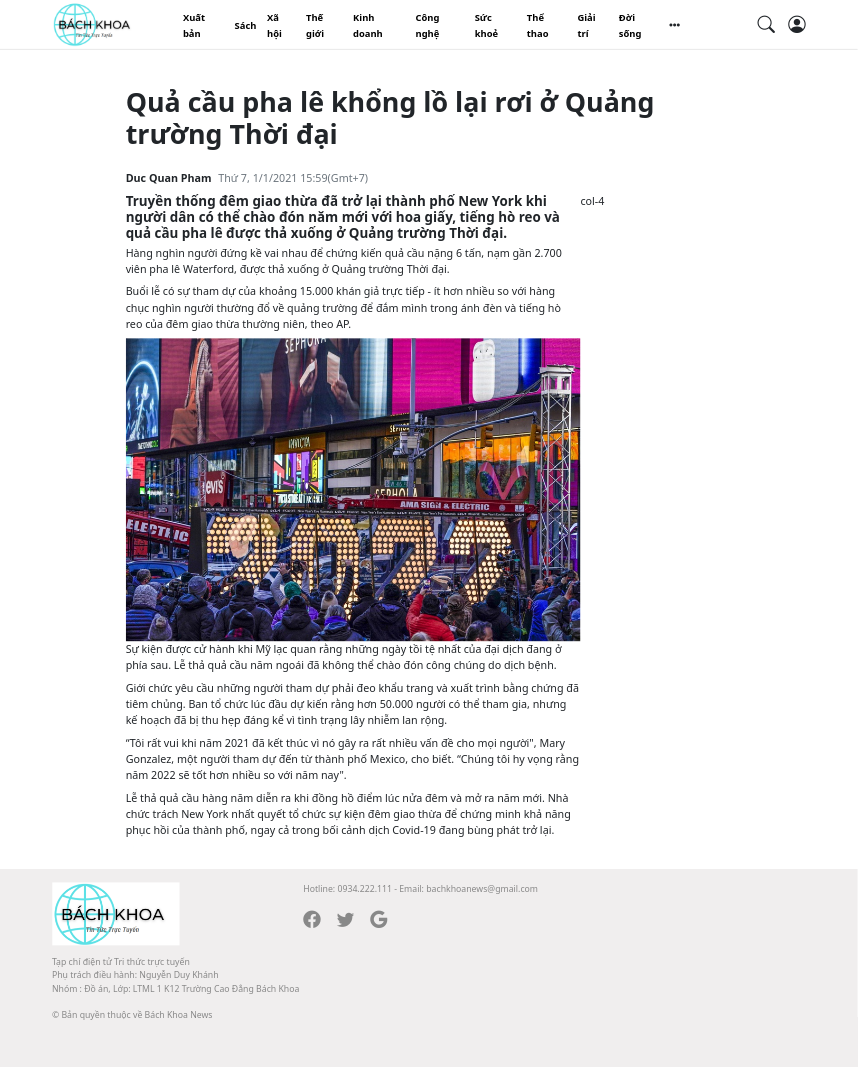
Repository: khanh2324/Java_Web
Page: WebContent/home-new/index.html
The author's editor kept a copy of each file at every save. The page is drawn from the files as they stood at one save, then again after the next save.
The browser window is 1280 px wide. The pictures show the whole page, at 67% of full size.
Pictures or frames that could not be fetched are drawn as grey boxes. Some web libraries are served in a nearby version.

Above is the page before, as saved 2022-01-01 16:22:51.

After the next save:
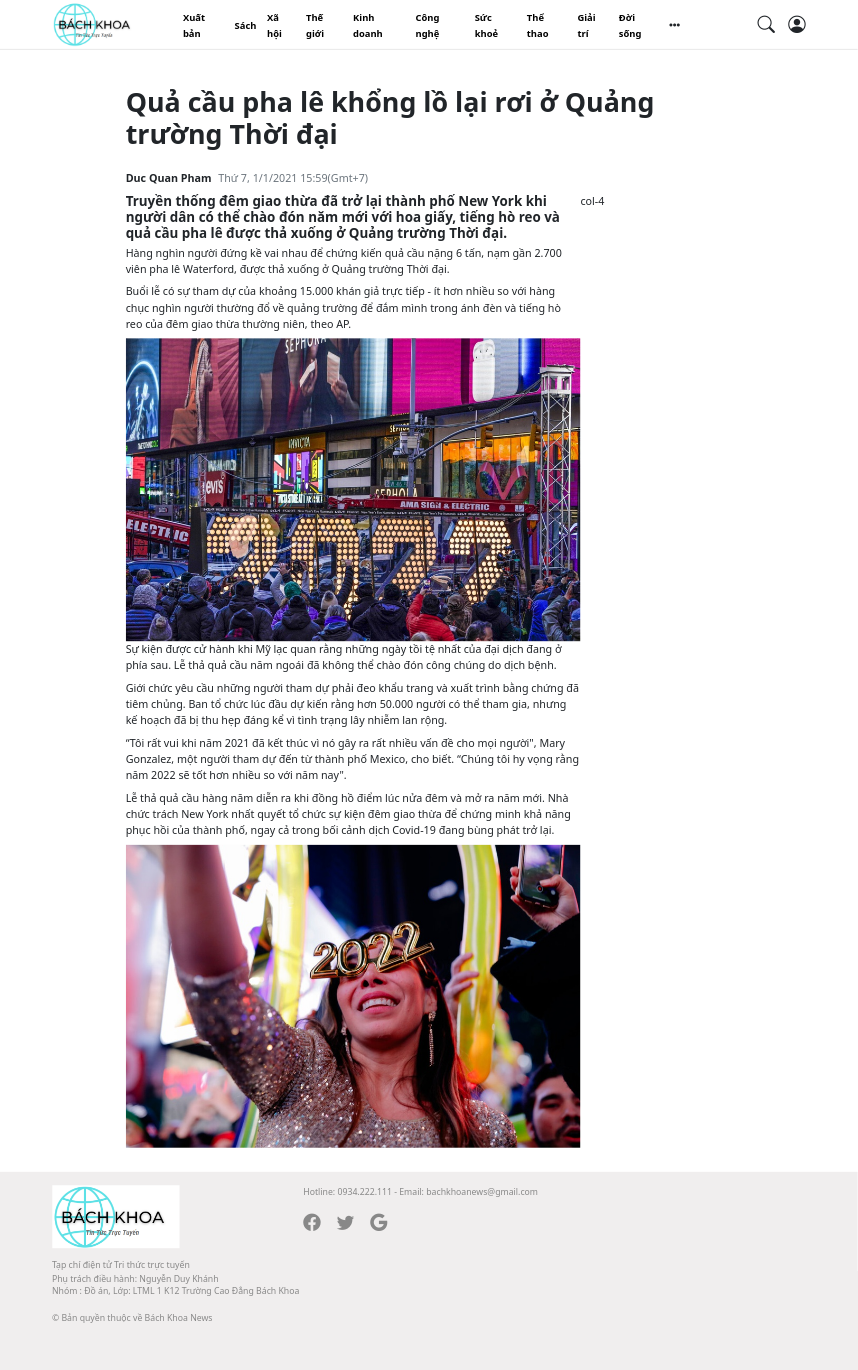
Saved 37 s later.
--- a/WebContent/home-new/index.html
+++ b/WebContent/home-new/index.html
@@ -427,6 +427,9 @@
                                 <p>“Tôi rất vui khi năm 2021 đã kết thúc vì nó gây ra rất nhiều vấn đề cho mọi người", Mary Gonzalez, một người tham dự đến từ thành phố Mexico, cho biết. “Chúng tôi hy vọng rằng năm 2022 sẽ tốt hơn nhiều so với năm nay".</p>
 
                                     <p>Lễ thả quả cầu hàng năm diễn ra khi đồng hồ điểm lúc nửa đêm và mở ra năm mới. Nhà chức trách New York nhất quyết tổ chức sự kiện đêm giao thừa để chứng minh khả năng phục hồi của thành phố, ngay cả trong bối cảnh dịch Covid-19 đang bùng phát trở lại.</p>
+                                    <div class="category-img">
+                                        <img src="./img/newyourk2.webp" alt="">
+                                    </div>
                             </div>
 
                         <div class="col-3">col-4</div>
